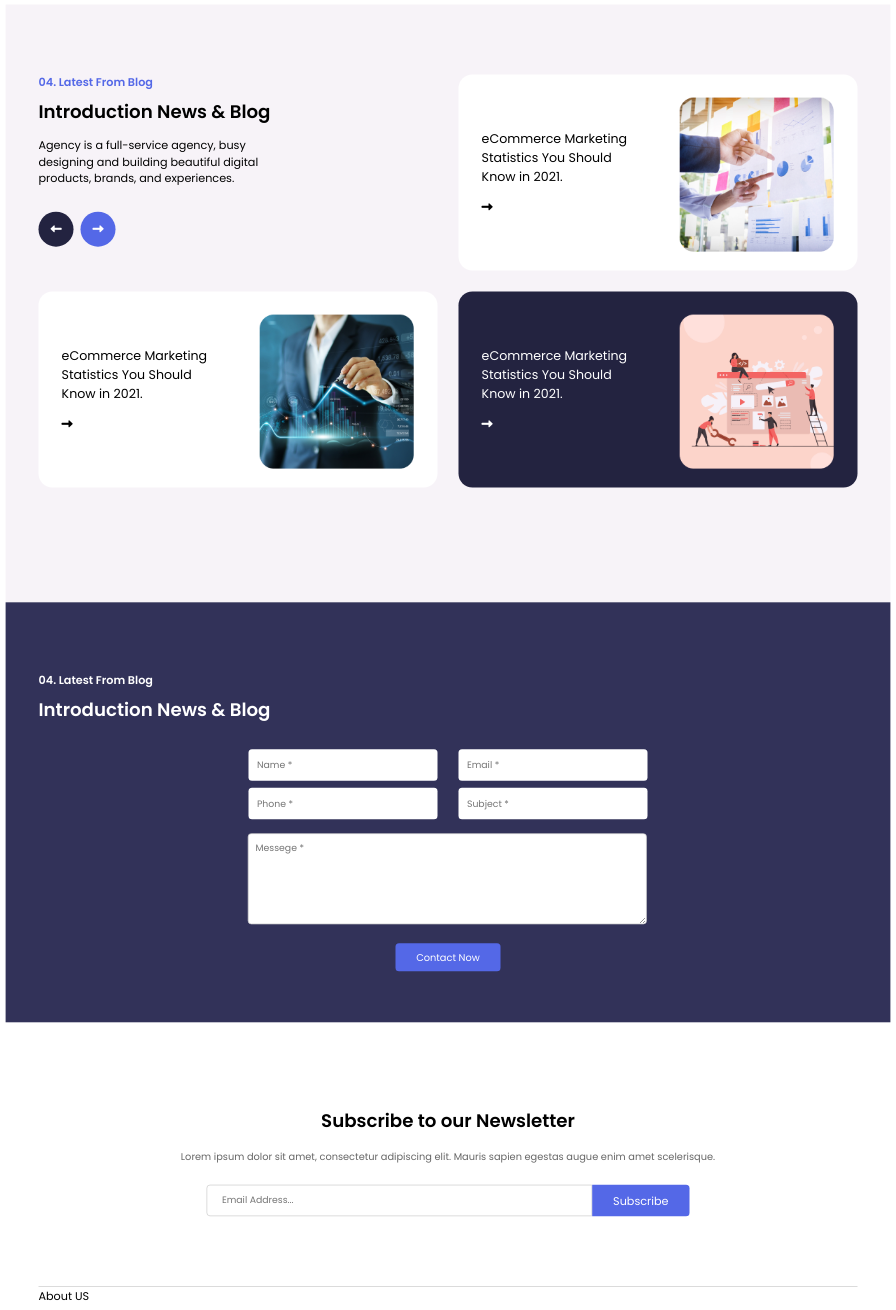
Repository: tranchi0120/LangdingPage-Htmlcss-Ago
Page: index.html
These files come from the project's save history. The page is drawn as it stood at one moment and after the next save; the edit follows.
The browser window is 1280 px wide. The pictures show the part of the page from y = 3489 to 5409 px (the page is 5360 px tall before and 5409 px after), at 70% of full size.
Some web libraries are served in a nearby version. The style sheet was rebuilt from its Sass, Less or Tailwind sources for each picture, by a compiler version that may differ from the author's.

Above is the page before, as saved 2022-07-15 12:14:24.

### index.html
<!DOCTYPE html>
<html lang="en">

<head>
    <meta charset="UTF-8" />
    <meta http-equiv="X-UA-Compatible" content="IE=edge" />
    <meta name="viewport" content="width=device-width, initial-scale=1.0" />
    <title>Ago</title>
    <!-- css -->
    <link rel="stylesheet" href="./css/app.css" />
    <!-- google font  -->
    <link rel="preconnect" href="https://fonts.googleapis.com" />
    <link rel="preconnect" href="https://fonts.gstatic.com" crossorigin />
    <link href="https://fonts.googleapis.com/css2?family=Poppins:wght@400;600;700&display=swap" rel="stylesheet" />
    <!-- google icon awaresome -->
    <link rel="stylesheet" href="https://cdnjs.cloudflare.com/ajax/libs/font-awesome/6.1.1/css/all.min.css">
    <!-- sass ./sass/app.scss ./css/app.css --watch -->
</head>

<body>
    <header class="header">
        <div class="header-top container">
            <span class="header-top-title">
                Welcome to Ago! Building Creative Business Agency
            </span>
            <div class="header-top-right">
                <div class="header-login">
                    <i class="fa-solid fa-user"></i>
                    <a href="#!" style="color:#666666">Login</a>
                </div>
                <div class="header-nation">
                    <i class="fa-solid fa-globe"></i>
                    <span class="header-language">English</span>
                    <i class="fa-solid fa-angle-down"></i>
                </div>
            </div>
        </div>
        <div class="header-line">
        </div>
        <div class="header-under container">
            <div class="header-under-logo">
                <div class="header-under-image">
                    <img class="header-under-img" src="./images/logo.png" alt="#">
                </div>
                <span class="header-under-name">Ago</span>
            </div>
            <div class="header-menu">
                <ul class="menu">
                    <li class="menu-item">
                        <a href="#" class="menu-link">Home</a>
                    </li>
                    <li class="menu-item">
                        <a href="#" class="menu-link">Features</a>
                        <i class="fa-solid fa-angle-down"></i>
                    </li>
                    <li class="menu-item">
                        <a href="#" class="menu-link">Services</a>
                    </li>
                    <li class="menu-item">
                        <a href="#" class="menu-link">Pages</a>
                    </li>
                    <li class="menu-item">
                        <a href="#" class="menu-link">Blog</a>
                    </li>
                    <li class="menu-item">
                        <a href="#" class="menu-link">Support</a>
                    </li>
                </ul>
                <div class="menu-button">
                    <i class="fa-solid fa-magnifying-glass menu-icon"></i>
                    <div class="button">Contact Us</div>
                </div>
            </div>
        </div>
    </header>
    <main>
        <section class="hero">
            <div class="container">
                <div class="hero-main">
                    <div class="hero-left">
                        <div class="hero-title">
                            Trusted Professional Service.
                        </div>
                        <span class="hero-content">
                            Ago is a full-service agency, busy designing and building beautiful digital products,
                            brands, and
                            experiences.
                        </span>
                        <div class="hero-button">
                            <div class="button">Recent Work</div>
                        </div>
                        <div class="hero-down">
                            <div class="hero-icondown">
                                <i style="color:#ffffff ;" class="fa-solid fa-arrow-down"></i>
                            </div>
                            <p class="hero-scroll">
                                Scroll Down
                            </p>
                        </div>
                    </div>
                    <div class="hero-right">
                        <img src="./images/hero.png" alt="#">
                    </div>
                </div>
            </div>
        </section>
        <section class="about">
            <div class="container">
                <div class="about-main">
                    <div class="about-images">
                        <img src="./images/about1.png" alt="#" class="about-img1">
                        <img src="./images/about2.png" alt="#" class="about-img2">
                        <img src="./images/about3.png" alt="#" class="about-img3">
                    </div>
                    <div class="about-us">
                        <h5 class="about-number">
                            01. About Us
                        </h5>
                        <div class="about-title">
                            We Make Designs that Lead and Inpire.
                        </div>
                        <div class="about-name">
                            A design team building a created
                            marketplace for UI designers.
                        </div>
                        <div class="about-content">
                            2,360 curated design resources to energize your creative workflow. We're a growing family of
                            682,268 designers and makers from around the world
                        </div>
                        <div class="menu-button">
                            <div class="button">Contact Us</div>
                        </div>
                    </div>
                </div>
            </div>
        </section>
        <section class="interactive">
            <div class="container">
                <div class="interactive-main">
                    <h5 class="interactive-number">
                        02. What We Do
                    </h5>
                    <div class="interactive-title">
                        <span class="interactive-name">
                            We Make Designs that Lead and Inpire.
                        </span>
                        <i class="fa-solid fa-left-long interactive-iconleft"></i>
                        <i class="fa-solid fa-right-long"></i>
                    </div>
                    <div class="interactive-group">
                        <div class="interactive-box">
                            <div class="row-circle">
                                <img class="row-img" src="./images/row1.png" alt="#">
                                <h2 class="row-number">
                                    26k
                                </h2>
                                <span class="row-title">
                                    Happy Clients
                                </span>
                            </div>
                            <div class="row-circle2">
                                <img class="row-img" src="./images/row2.png" alt="#">
                                <h2 class="row-number2">
                                    76k
                                </h2>
                                <span class="row-title2">
                                    Project Done
                                </span>
                                <span class="row-content2">
                                    Lorem ipsum dolor sit amet, consectetur adipiscing elit. Mauris sapien egestas augue
                                    enim amet scelerisque.
                                </span>
                            </div>
                            <div class="row-circle">
                                <img class="row-img" src="./images/row3.png" alt="#">
                                <h2 class="row-number">
                                    20k
                                </h2>
                                <span class="row-title">
                                    AWARDS WON
                                </span>
                            </div>
                            <div class="row-circle">
                                <img class="row-img" src="./images/row4.png" alt="#">
                                <h2 class="row-number">
                                    20k
                                </h2>
                                <span class="row-title">
                                    DAILY DATA INPUT
                                </span>
                            </div>
                        </div>
                    </div>
                </div>
            </div>
        </section>
        <section class="service">
            <div class="container">
                <h5 class="service-number">
                    03. Our Services
                </h5>
                <div class="service-title">
                    <span class="service-name">
                        Welcome to Our Professional Service
                    </span>
                </div>
                <div class="service-main">
                    <div class="service-left">
                        <h2 class="service-left-title">
                            Professional Website
                            Design Consulting
                        </h2>
                        <p class="service-left-content">
                            Agency is a full-service agency, busy designing and building beautiful digital products,
                            brands, and experiences.
                        </p>
                        <div class="menu-button">
                            <div class="button">View Detail</div>
                        </div>
                        <div class="service-left-images">
                            <img src="./images/service1.png" alt="#" class="service-left-img">
                            <img src="./images/service2.png" alt="#" class="service-left-img">
                            <img src="./images/service3.png" alt="#" class="service-left-img">
                        </div>
                    </div>
                    <div class="service-right">
                        <img src="./images/service4.png" alt="#" class="service-right-img">
                    </div>
                </div>
                <div class="service-bottom">
                    <div class="service-box">
                        <div class="service-box-imgs">
                            <img src="./images/logo1.png" alt="#" class="service-box-img">
                        </div>
                        <div class="service-box-text">
                            <h2 class="service-box-title">CREATIVE</h2>
                            <p class="service-box-slogan">YOUR SLOGAN HERE</p>
                        </div>
                    </div>
                    <div class="service-box">
                        <div class="service-box-imgs">
                            <img src="./images/logo2.png" alt="#" class="service-box-img">
                        </div>
                        <div class="service-box-text">
                            <h2 class="service-box-title">CREATIVE</h2>
                            <p class="service-box-slogan">YOUR SLOGAN HERE</p>
                        </div>
                    </div>
                    <div class="service-box">
                        <div class="service-box-imgs">
                            <img src="./images/logo3.png" alt="#" class="service-box-img">
                        </div>
                        <div class="service-box-text">
                            <h2 class="service-box-title">COMPANY</h2>
                            <p class="service-box-slogan">YOUR SLOGAN HERE</p>
                        </div>
                    </div>
                    <div class="service-box">
                        <div class="service-box-imgs">
                            <img src="./images/logo4.png" alt="#" class="service-box-img">
                        </div>
                        <div class="service-box-text">
                            <h2 class="service-box-title">CREATIVE</h2>
                            <p class="service-box-slogan">YOUR SLOGAN HERE</p>
                        </div>
                    </div>
                    <div class="service-box">
                        <div class="service-box-imgs">
                            <img src="./images/logo5.png" alt="#" class="service-box-img">
                        </div>
                        <div class="service-box-text">
                            <h2 class="service-box-title">COMPANY</h2>
                            <p class="service-box-slogan">YOUR SLOGAN HERE</p>
                        </div>
                    </div>
                    <div class="service-box">
                        <div class="service-box-imgs">
                            <img src="./images/logo6.png" alt="#" class="service-box-img">
                        </div>
                        <div class="service-box-text">
                            <h2 class="service-box-title">CREATIVE</h2>
                            <p class="service-box-slogan">YOUR SLOGAN HERE</p>
                        </div>
                    </div>
                </div>
            </div>
        </section>
        <section class="latest">
            <div class="container">
                <div class="latest-main">
                    <div class="latest-group">
                        <h5 class="latest-number">
                            04. Latest From Blog
                        </h5>
                        <span class="latest-title">
                            Introduction News & Blog
                        </span>
                        <p class="latest-content">
                            Agency is a full-service agency, busy designing and building beautiful digital products,
                            brands, and experiences.
                        </p>
                        <div class="latest-icon">
                            <div class="latest-icon-left">
                                <i class="fa-solid fa-left-long"></i>
                            </div>
                            <div class="latest-icon-right">
                                <i class="fa-solid fa-right-long"></i>
                            </div>
                        </div>
                    </div>
                    <div class="latest-groups">
                        <div class="latest-box">
                            <p class="latest-text">
                                eCommerce Marketing
                                Statistics You Should
                                Know in 2021.
                            </p>
                            <i class="fa-solid fa-right-long"></i>
                        </div>
                        <div class="latest-image">
                            <img src="./images/latest1.png" alt="#" class="latest-img">
                        </div>
                    </div>
                    <div class="latest-groups">
                        <div class="latest-box">
                            <p class="latest-text">
                                eCommerce Marketing
                                Statistics You Should
                                Know in 2021.
                            </p>
                            <i class="fa-solid fa-right-long"></i>
                        </div>
                        <div class="latest-image">
                            <img src="./images/latest2.png" alt="#" class="latest-img">
                        </div>
                    </div>
                    <div class="latest-groups3">
                        <div class="latest-box3">
                            <p class="latest-text3">
                                eCommerce Marketing
                                Statistics You Should
                                Know in 2021.
                            </p>
                            <i class="fa-solid fa-right-long"></i>
                        </div>
                        <div class="latest-image">
                            <img src="./images/latest3.png" alt="#" class="latest-img">
                        </div>
                    </div>
                </div>
            </div>
        </section>
        <section class="contact">
            <div class="container">
                <!-- <img class="contact-background" src="./images/background.png" alt="#"> -->
                <div class="contact-main">
                    <h5 class="contact-number">
                        04. Latest From Blog
                    </h5>
                    <span class="contact-title">
                        Introduction News & Blog
                    </span>
                    <div class="contact-import">
                        <input class="contact-input" type="text" placeholder="Name *">
                        <input class="contact-input" type="text" placeholder="Email *">
                        <input class="contact-input" type="text" placeholder="Phone *">
                        <input class="contact-input" type="text" placeholder="Subject *">
                    </div>
                    <textarea class="contact-textarea" name="text" id="#" cols="30" rows="10"
                        placeholder="Messege *"></textarea>
                    <div class="menu-button">
                        <div class="button contact-button">Contact Now</div>
                    </div>
                </div>
            </div>
        </section>
        <section class="subscribe">
            <div class="container">
                <div class="subscribe-main">
                    <h2 class="subscribe-title">
                        Subscribe to our Newsletter
                    </h2>
                    <p class="subscribe-text">
                        Lorem ipsum dolor sit amet, consectetur adipiscing elit. Mauris sapien egestas augue enim amet
                        scelerisque.
                    </p>
                    <div class="subscribe-import">
                        <input class="subscribe-input" type="text" placeholder="Email Address...">
                        <div class="subscribe-button">
                            <a style="color: white;" href="#!">Subscribe</a>
                        </div>
                    </div>
                </div>
            </div>
        </section>
    </main>
    <footer class="footer">
        <div class="container">
            <div class="footer-main">
                <div class="footer-top">
                    <div class="footer-group">
                        <span class="footer-group-title">
                            About US
                        </span>
                    </div>
                </div>
            </div>
        </div>
    </footer>
</body>

</html>

### sass/app.scss
@import "global";
@import "header";
@import "menu";
@import "variable";
@import "hero";
@import "about";
@import "interactive";
@import "row";
@import "service";
@import "latest";
@import "contact";
@import "subscribe";
@import "footer";

### sass/_global.scss
.container {
    max-width: 1170px;
    margin: 0 auto;
}
.body {
    background: #ffffff;
}
* {
    box-sizing: border-box;
    font-family: "Poppins", sans-serif;
}
a {
    text-decoration: none;
}
ul {
    list-style-type: none !important;
}
.button {
    border: none;
    padding: auto;
    width: 150px;
    background: #5468e7;
    height: 40px;
    text-align: center;
    justify-content: center;
    padding: 7px;
    border-radius: 5px;
    color: white;
    font-size: 14px;
    line-height: 21px;
    padding: 10px;
}

### sass/_menu.scss
.menu {
    height: 24px;
    width: 550px;
    display: flex;
    justify-content: space-between;
    align-items: center;
    // gap: 40px;
    &-button {
        display: flex;
        gap: 29px;
    }
    &-icon {
        width: 18px;
        display: inline-block;
        padding-top: 15px;
        color: #666666;
    }

    &-link {
        color: #000000;
        font-weight: 400;
        font-size: 16px;
        line-height: 24px;
    }
}

### sass/_variable.scss
$font: "Poppins", sans-serif;
$color1: #232340;
$color2: #323259;
$color-btn: #5468e7;
$black: #222222;
$white: #ffffff;

### sass/_hero.scss
.hero {
    height: 800px;
    margin-top: 55px;
    &-main {
        display: flex;

        align-items: center;
    }
    &-title {
        width: 260px;
        line-height: 60px;
        font-weight: 600;
        font-size: 40px;
        margin-bottom: 23px;
    }
    &-content {
        height: 46px;
        width: 317px;
        font-weight: 400;
        font-size: 16px;
        display: inline-block;
        margin-bottom: 60px;
        margin-right: 147px;
    }
    &-down {
        margin-top: 114px;
        display: flex;
        gap: 9px;
    }
    &-icondown {
        border-radius: 50%;
        width: 45px;
        height: 45px;
        text-align: center;
        padding: 13px;
        background: #c897e4;
    }
}

### sass/_interactive.scss
.interactive {
    background: #f7f3f8;
    height: 752px;
    &-number {
        margin-bottom: 10px;
        margin-top: 100px;
        display: inline-block;
        color: #5468e7;
        font-size: 16px;
        line-height: 24px;
        font-weight: 600;
    }
    &-name {
        display: inline-block;
        line-height: 39px;
        font-size: 26px;
        font-weight: 600;
        margin-bottom: 75px;
    }
    &-iconleft {
        margin-right: 19px;
        margin-left: 594px;
    }
    &-box {
        max-height: 360px;
        background: white;
        display: grid;
        grid-template-columns: repeat(4, 1fr) !important;
        border-radius: 30px;
    }
}

Loaded but not shown: sass/_service.scss (94 lines, source omitted); sass/_latest.scss (87 lines, source omitted); sass/_about.scss (57 lines, source omitted); sass/_contact.scss (53 lines, source omitted); sass/_row.scss (51 lines, source omitted); sass/_header.scss (47 lines, source omitted); sass/_subscribe.scss (44 lines, source omitted); sass/_footer.scss (no stored copy; drawn as an empty file)

After the next save:
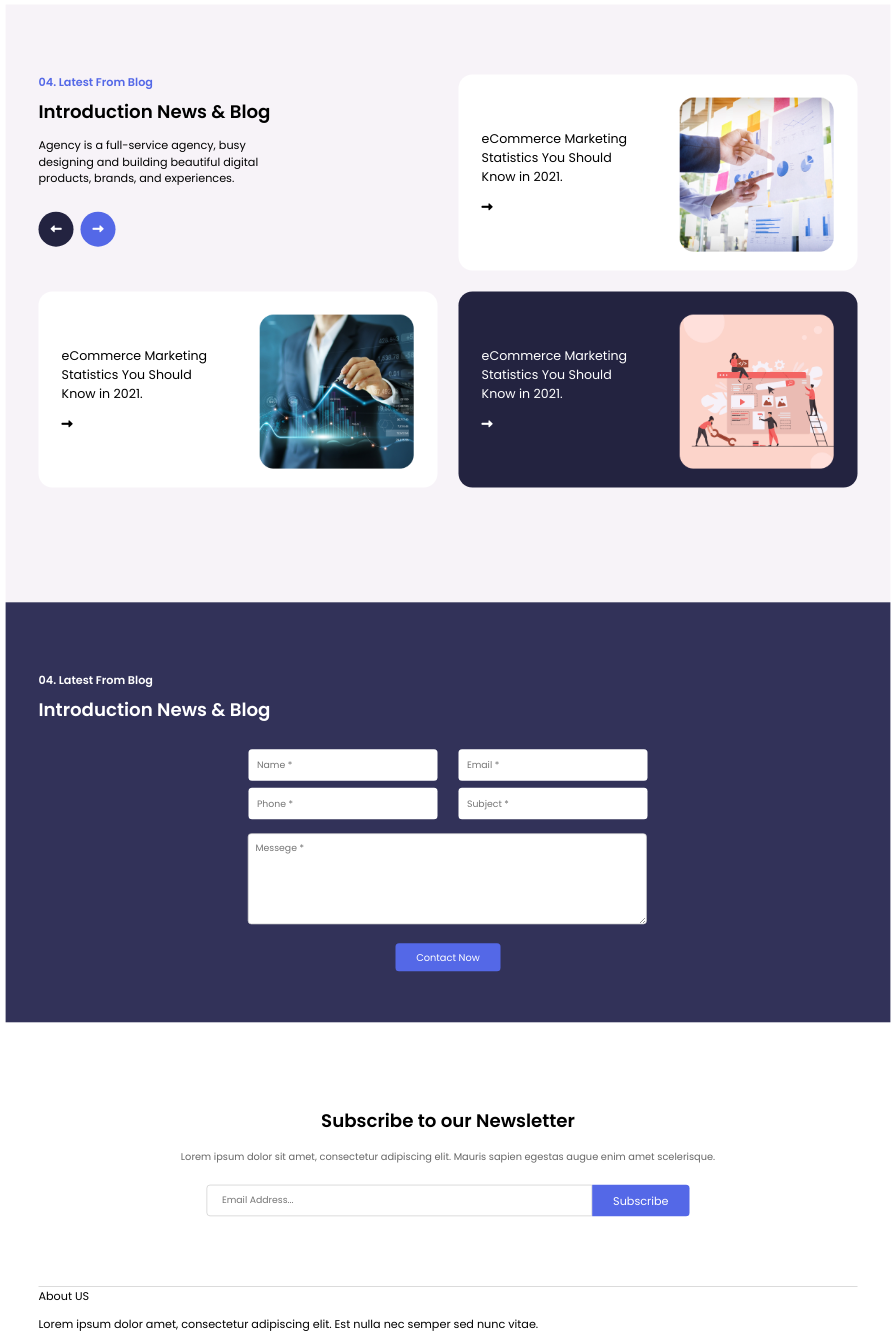
Saved 63 s later.
--- a/index.html
+++ b/index.html
@@ -402,6 +402,11 @@
                         <span class="footer-group-title">
                             About US
                         </span>
+                        <p class="footer-group-text">
+                            Lorem ipsum dolor amet, consectetur
+                            adipiscing elit. Est nulla nec semper
+                            sed nunc vitae.
+                        </p>
                     </div>
                 </div>
             </div>
